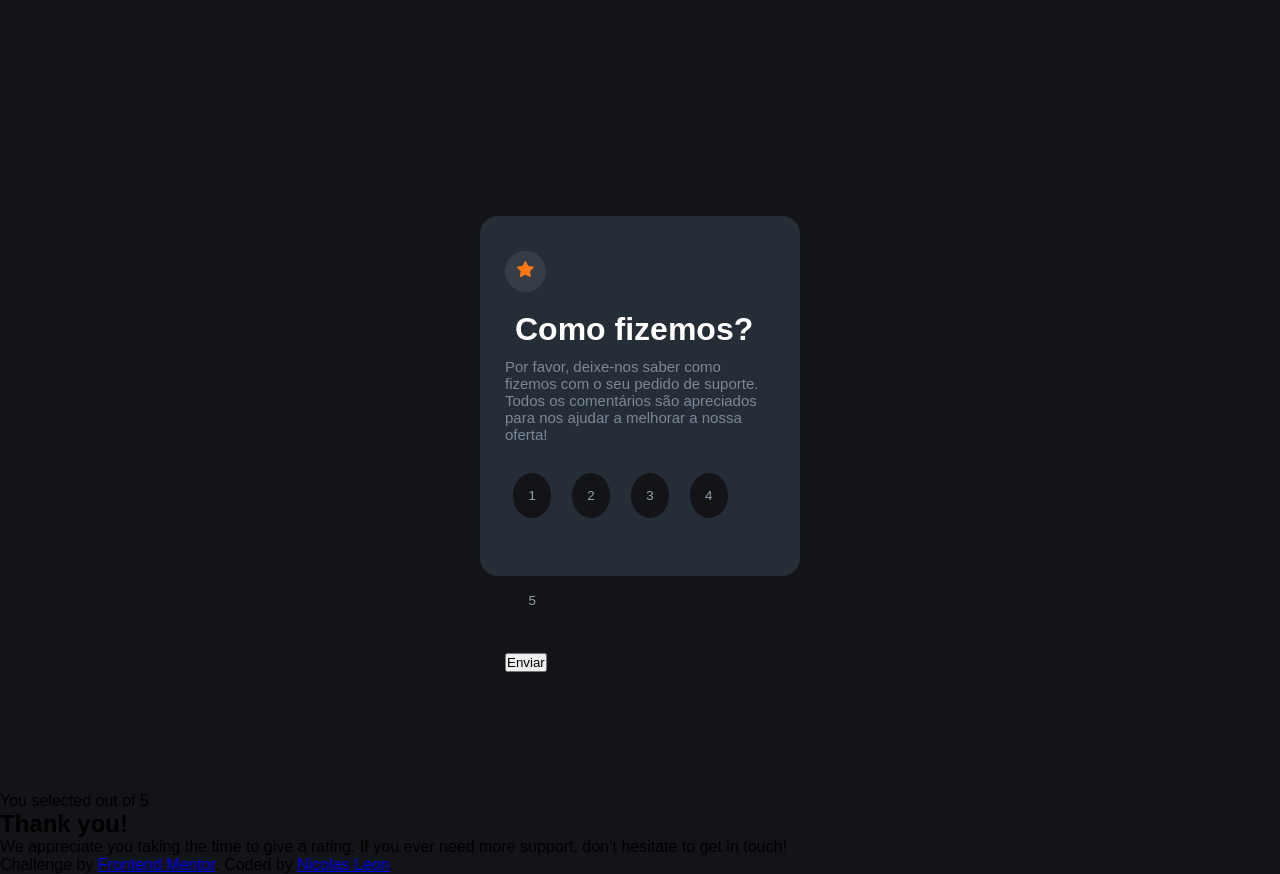
Repository: Leonngc/projeto-avaliacao
Page: index.html
The author's editor kept a copy of each file at every save. The page is drawn from the files as they stood at one save, then again after a run of saves.
The browser window is 1280 px wide. The pictures show the whole page.

Above is the page before, as saved 2023-01-26 11:45:58.

After the next 2 saves:
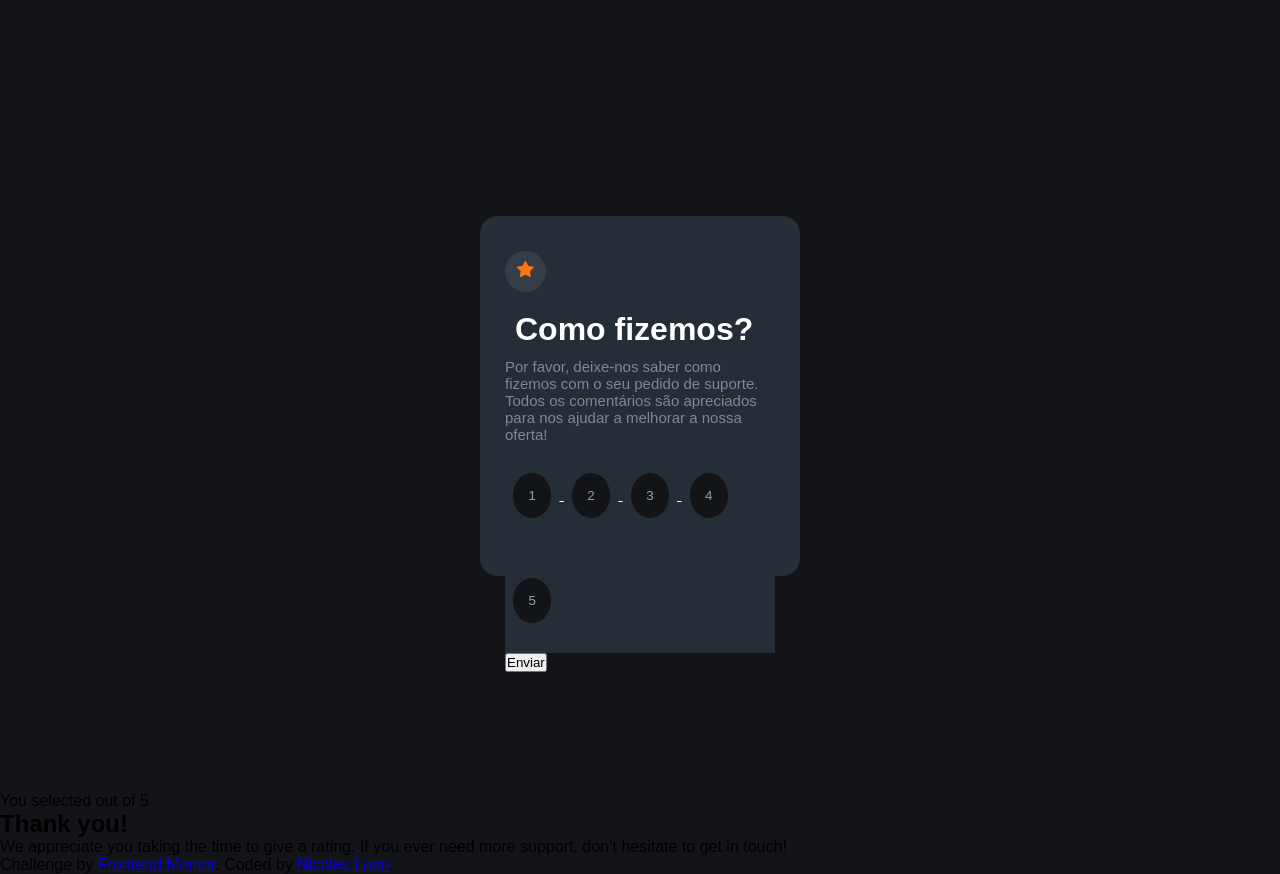
The 2 saves are shown as one change because they came seconds apart.
The last was saved 8 s later.
--- a/styles/style.css
+++ b/styles/style.css
@@ -58,7 +58,7 @@
     cursor: pointer;
 }
 
-#avaliation{
+#avaliation-btns {
     background-color: var(--dark-blue);
     color:white;
     text-decoration: underline;

After the 2 saves that followed:
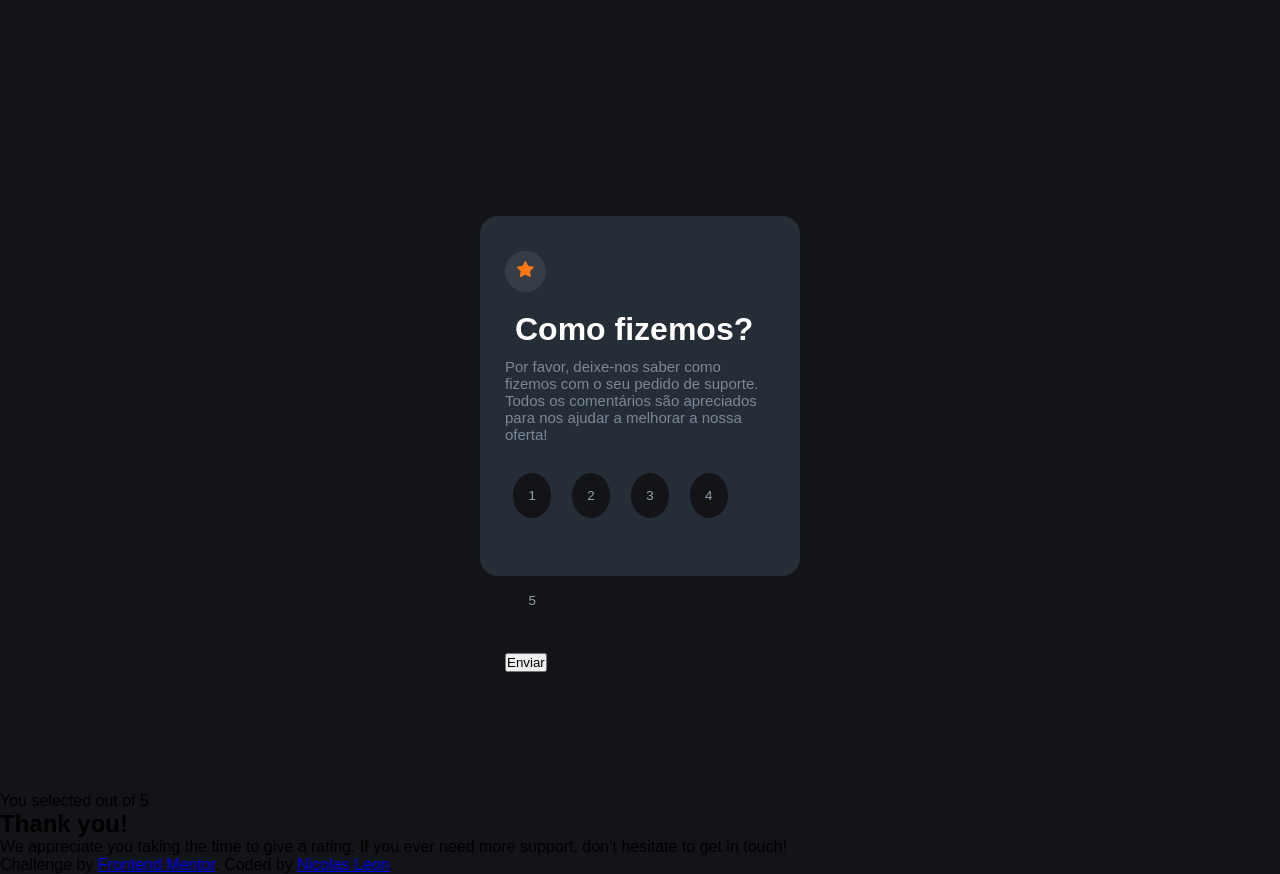
The 2 saves are shown as one change because they came seconds apart.
The last was saved 8 s later.
--- a/styles/style.css
+++ b/styles/style.css
@@ -58,7 +58,7 @@
     cursor: pointer;
 }
 
-#avaliation-btns {
+#avaliation-btns input:hover{
     background-color: var(--dark-blue);
     color:white;
     text-decoration: underline;
